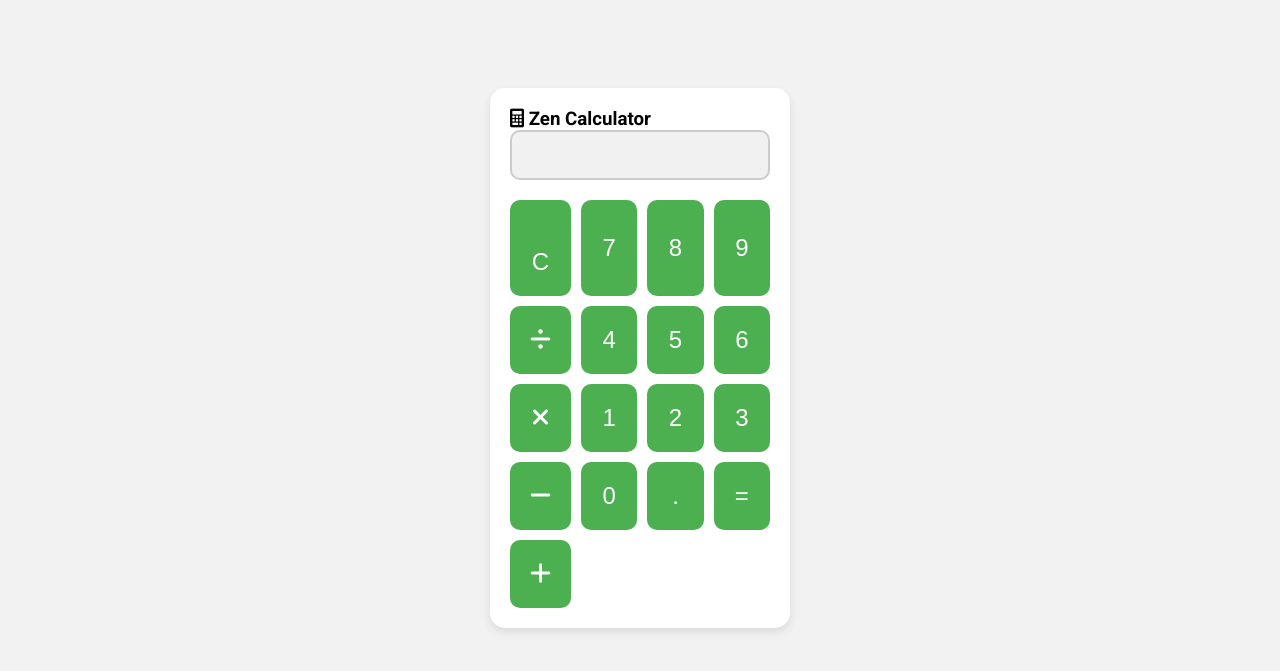
Repository: rajendratamang/zencalculator
Page: index.html
An editor plug-in stored every save of this project. The page is shown before and after the next save, followed by the edit.
The browser window is 1280 px wide. The pictures show the whole page.

Above is the page before, as saved 2025-01-29 21:54:20.

After the next save:
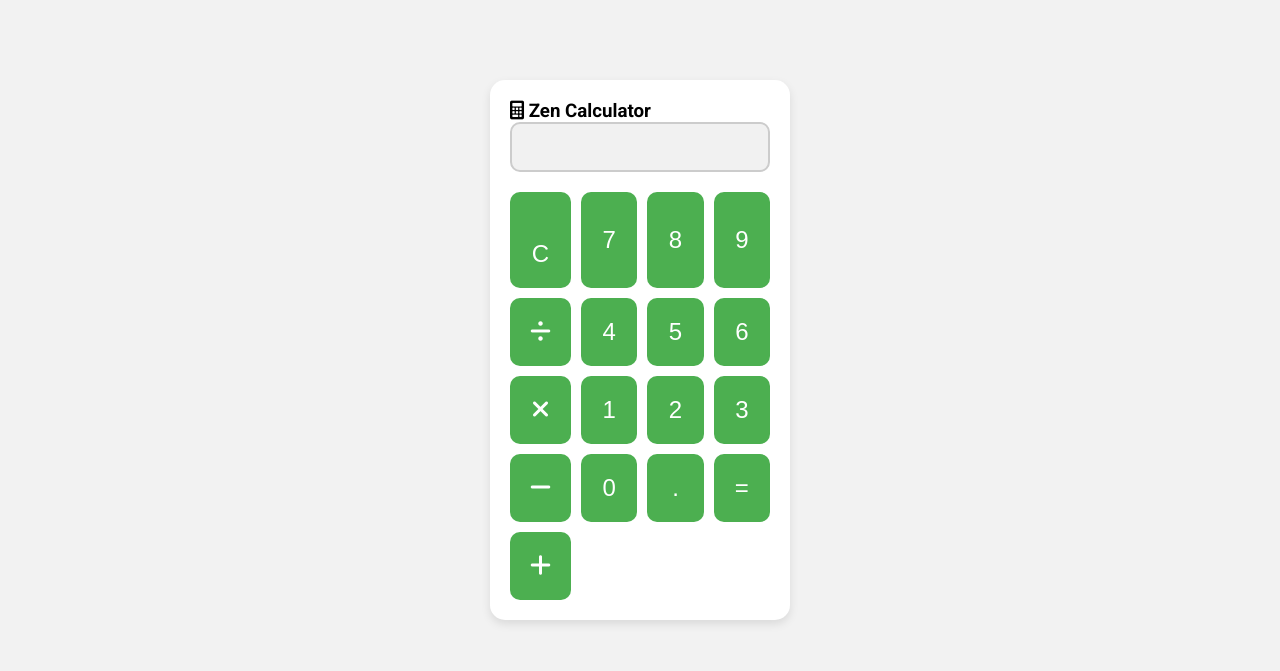
Saved 7 s later.
--- a/styles.css
+++ b/styles.css
@@ -19,7 +19,7 @@ body {
     box-shadow: 0 4px 10px rgba(0, 0, 0, 0.1);
     padding: 20px;
     width: 300px;
-    margin-bottom: 5px;
+    margin-bottom: 20px;
 }
 
 .display {
